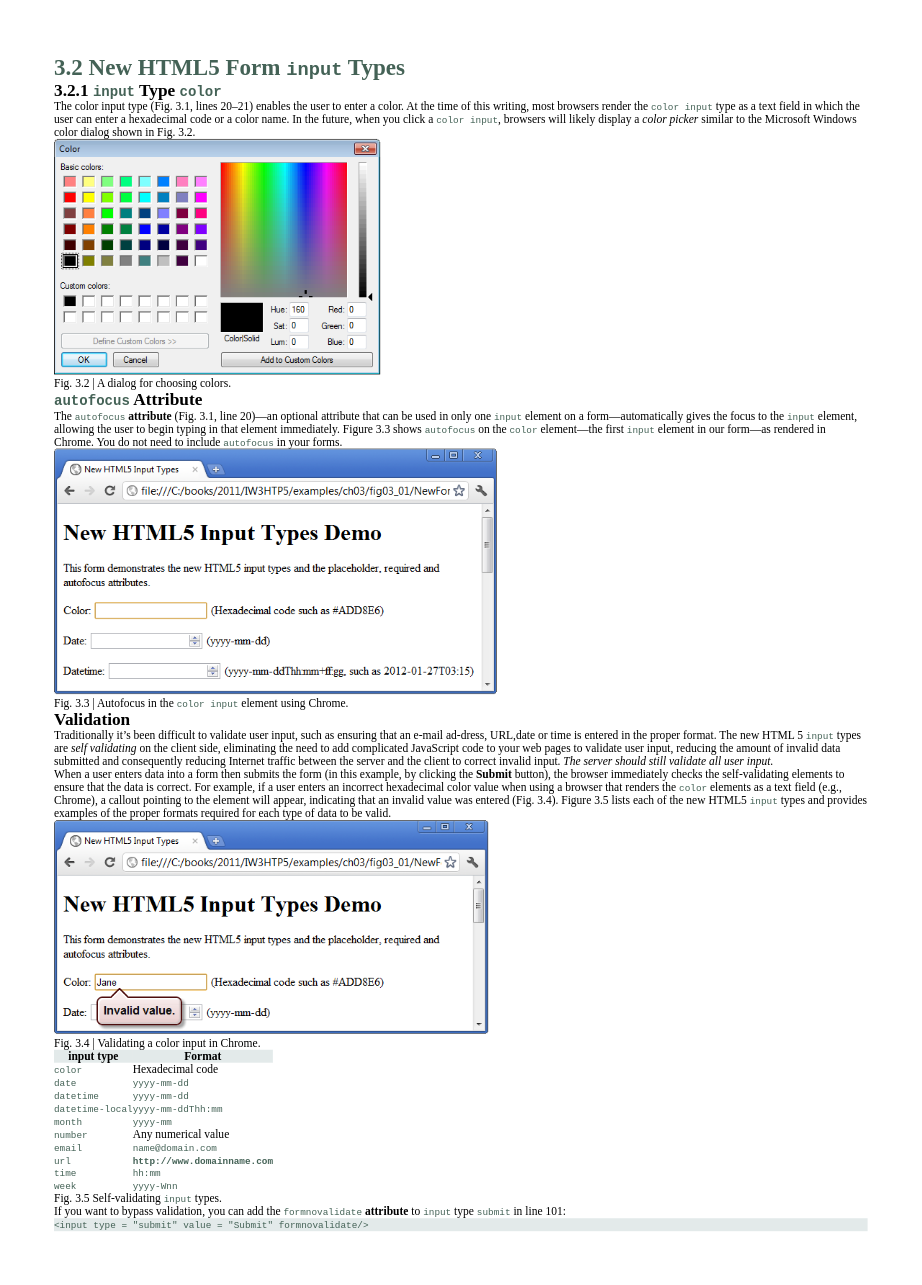
Repository: mlmEFSC21/P4-Textbook-Copy
Page: index.html
An editor plug-in stored every save of this project. The page is shown before and after the next save, followed by the edit.
The browser window is 1280 px wide. The pictures show the whole page, at 72% of full size.

Above is the page before, as saved 2022-02-03 15:41:40.

After the next save:
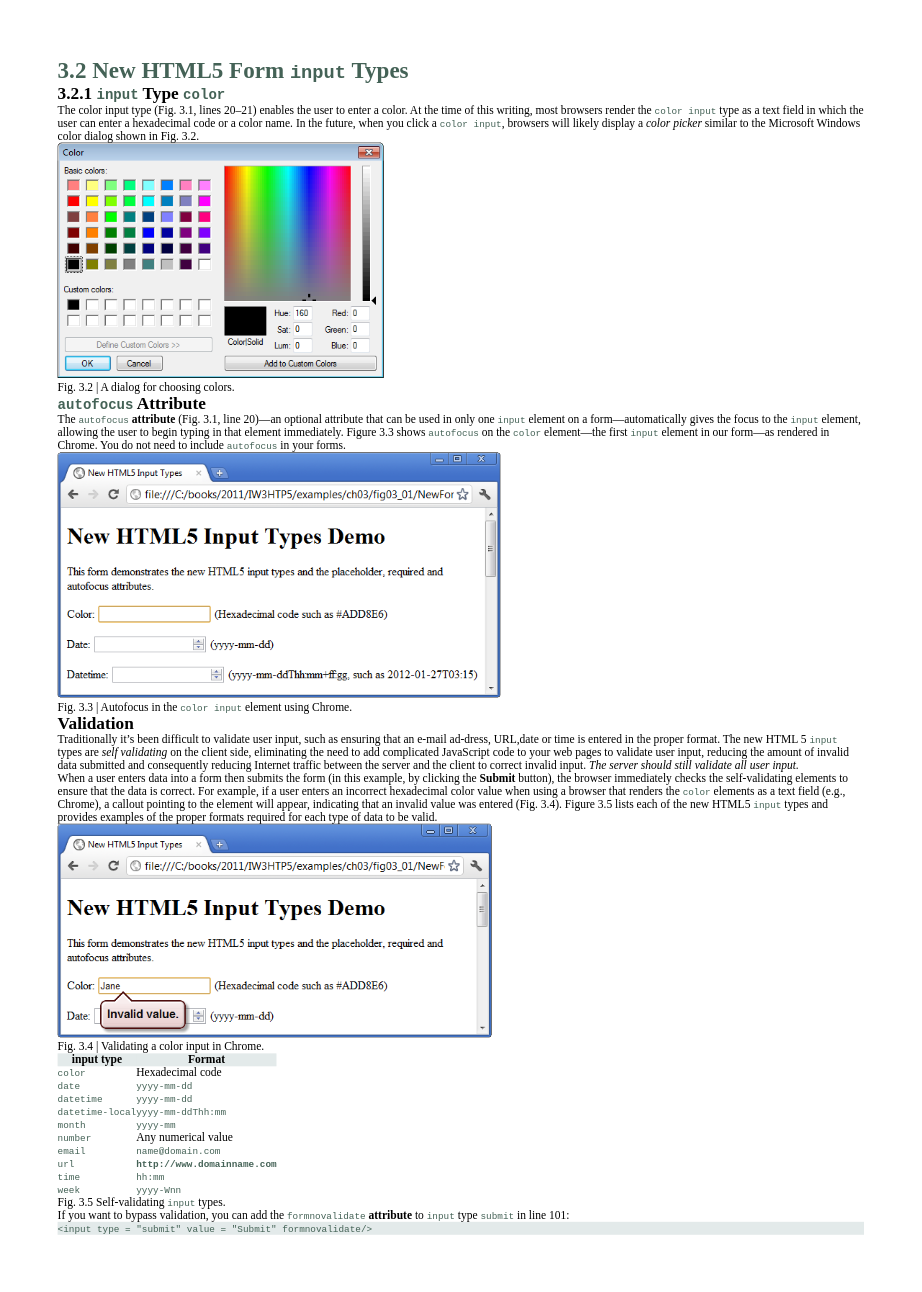
Saved 97 s later.
--- a/bookStyles.css
+++ b/bookStyles.css
@@ -15,7 +15,7 @@
     box-sizing: border-box;
 }
 body {
-    margin: 75px;
+    margin: 80px;
     padding: auto;
     background-color: var(--clr-background);
     color: var(--clr-font-prime);
